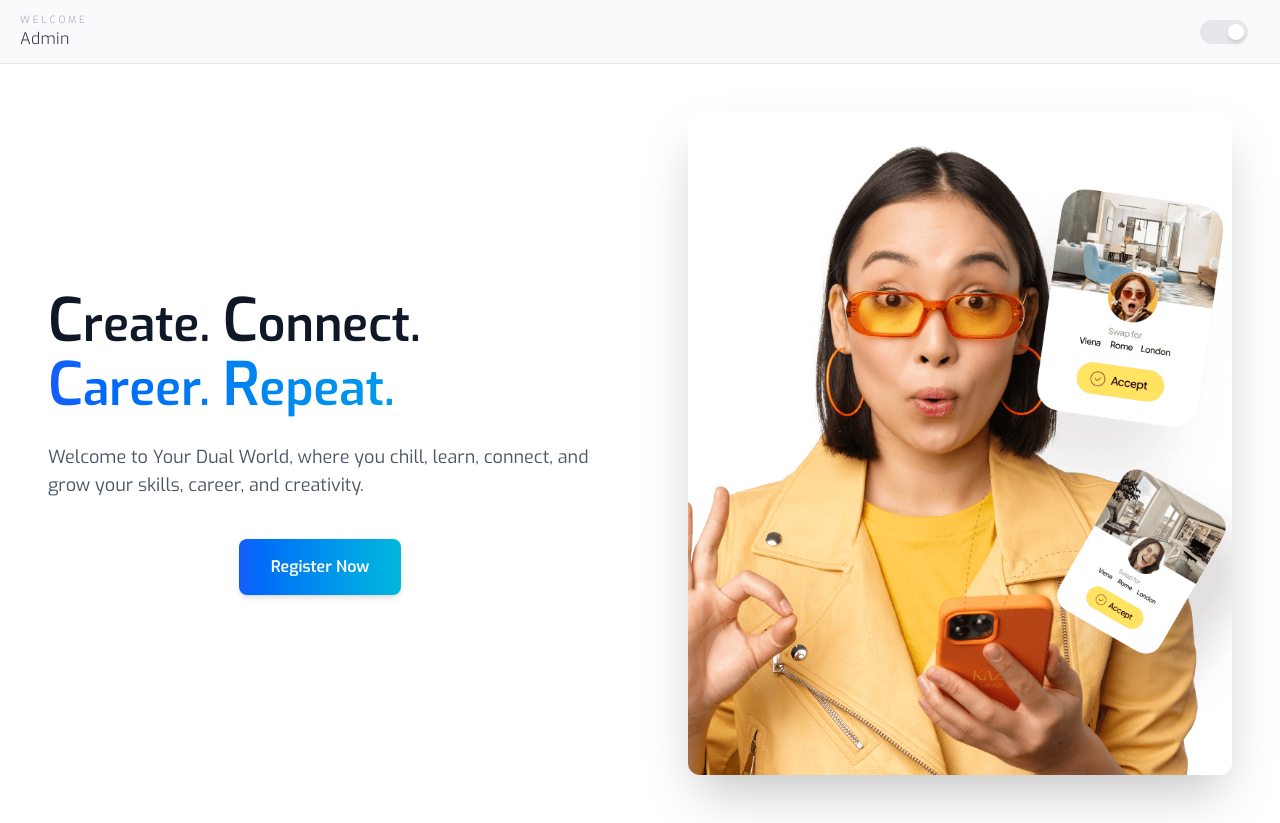
Repository: deepak445566/job
Page: / (app in frontend/)
An editor plug-in stored every save of this project. The page is shown before and after a run of saves, followed by the edit.
The browser window is 1280 px wide. The pictures show the whole page.
The page's requests for data from a server got no answer. Some web fonts or font styles are not loaded; a fallback is used. The project was rebuilt for these pictures with package versions that can differ from the ones it lists, and the page was loaded fresh each time. Some packages were replaced by stand-ins written for this rebuild. No one was signed in, and anything a server would have sent is missing. Also part of the build but not shown: frontend/vite.config.js, frontend/src/Components/auth/Login.jsx, frontend/src/Components/study/StudyDashboard.jsx, frontend/src/Components/chill/CreateReelModal.jsx, frontend/src/Components/chill/ChillDashboard.jsx, frontend/src/Components/common/Footer.jsx.

Above is the page before, as saved 2026-02-27 14:49:44.

After the next 4 saves:
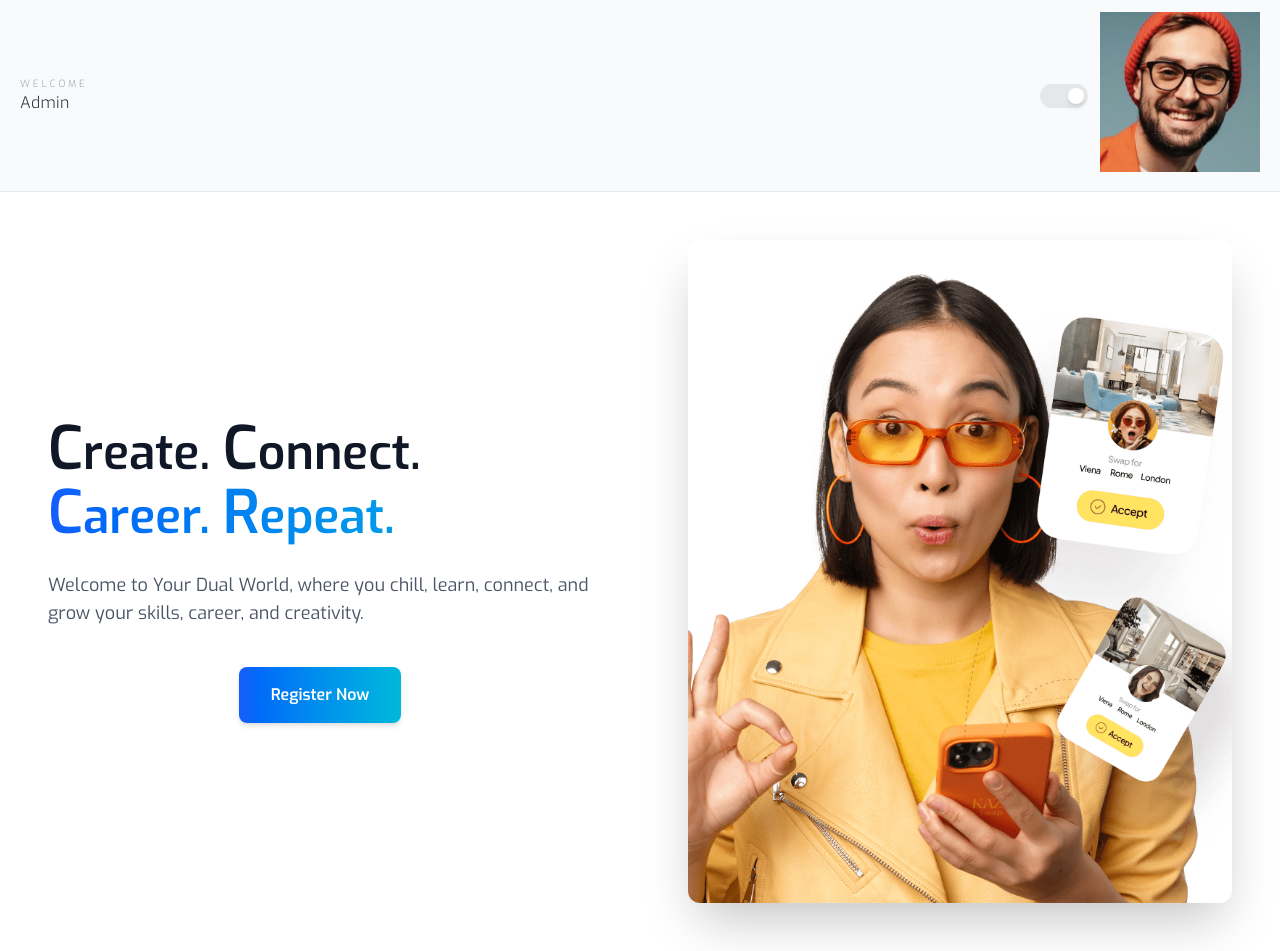
The 4 saves are shown as one change because 1 did not build or start and some came seconds apart.
The last was saved 18 s later.
--- a/frontend/src/Components/common/Navbar.jsx
+++ b/frontend/src/Components/common/Navbar.jsx
@@ -103,7 +103,7 @@ function Navbar() {
           className="group relative focus:outline-none"
         >
           <div>
-
+            <img src="/images/log.jpg"/>
           </div>
 
 
